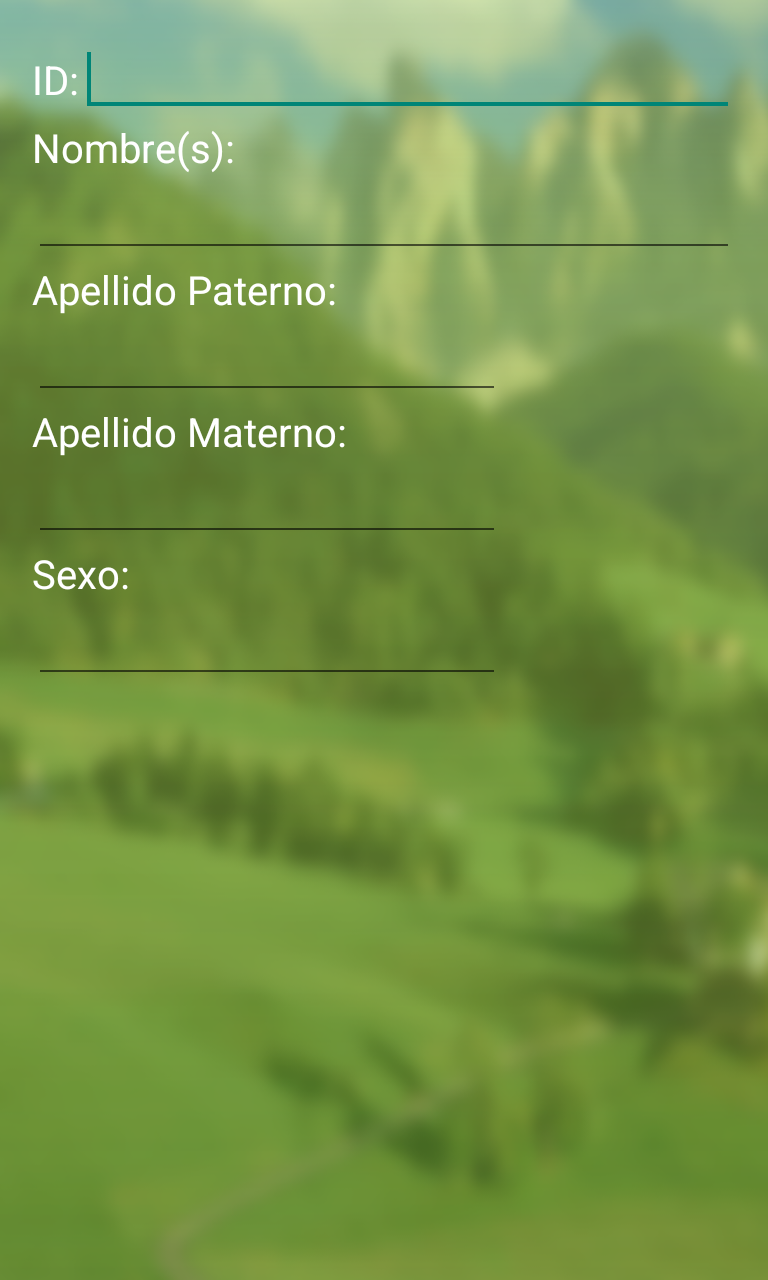
Repository: AntonioloNeviani/ProyectoDeInvestigacion_Android
Layout: FiliiStude/res/layout/activity_nuevo_usuario.xml
The author's editor kept a copy of each file at every save. The layout is drawn from the files as they stood at one save, then again after the next save.
It is drawn on a 768 x 1280 px phone screen (xhdpi) without system bars, with theme AppTheme; the app's code is not run.

Above is the layout before, as saved 2015-05-26 08:22:19.

### FiliiStude/res/layout/activity_nuevo_usuario.xml
<RelativeLayout xmlns:android="http://schemas.android.com/apk/res/android"
    xmlns:tools="http://schemas.android.com/tools"
    android:layout_width="match_parent"
    android:layout_height="match_parent"
    android:background="@drawable/fondo4"
    android:paddingBottom="@dimen/activity_vertical_margin"
    android:paddingLeft="@dimen/activity_horizontal_margin"
    android:paddingRight="@dimen/activity_horizontal_margin"
    android:paddingTop="@dimen/activity_vertical_margin"
    tools:context="com.filii.filiistude.NuevoUsuario" >

    <LinearLayout
        android:layout_width="wrap_content"
        android:layout_height="wrap_content"
        android:layout_alignParentLeft="true"
        android:layout_alignParentRight="true"
        android:orientation="vertical" >

        <LinearLayout
            android:layout_width="match_parent"
            android:layout_height="wrap_content" >

            <TextView
                android:id="@+id/textView2"
                android:layout_width="wrap_content"
                android:layout_height="wrap_content"
                android:text="ID:"
                android:textColor="#FFFFFF"
                android:textSize="20sp" />

            <EditText
                android:id="@+id/editText1"
                android:layout_width="wrap_content"
                android:layout_height="wrap_content"
                android:layout_weight="1"
                android:inputType="number"
                android:textColor="#FFFFFF"
                android:textSize="20sp" >

                <requestFocus />
            </EditText>
        </LinearLayout>

        <TextView
            android:id="@+id/textView1"
            android:layout_width="wrap_content"
            android:layout_height="wrap_content"
            android:text="Nombre(s): "
            android:textColor="#FFFFFF"
            android:textSize="20sp" />

        <EditText
            android:id="@+id/editText2"
            android:layout_width="match_parent"
            android:layout_height="wrap_content"
            android:ems="10"
            android:inputType="textPersonName"
            android:textColor="#FFFFFF"
            android:textSize="20sp" />

        <TextView
            android:id="@+id/textView3"
            android:layout_width="wrap_content"
            android:layout_height="wrap_content"
            android:text="Apellido Paterno: "
            android:textColor="#FFFFFF"
            android:textSize="20sp" />

        <EditText
            android:id="@+id/editText3"
            android:layout_width="wrap_content"
            android:layout_height="wrap_content"
            android:layout_weight="1"
            android:ems="10"
            android:inputType="textPersonName"
            android:textColor="#FFFFFF"
            android:textSize="20sp" />

        <TextView
            android:id="@+id/textView4"
            android:layout_width="wrap_content"
            android:layout_height="wrap_content"
            android:text="Apellido Materno: "
            android:textColor="#FFFFFF"
            android:textSize="20sp" />

        <EditText
            android:id="@+id/editText4"
            android:layout_width="wrap_content"
            android:layout_height="wrap_content"
            android:layout_weight="1"
            android:ems="10"
            android:inputType="date"
            android:textColor="#FFFFFF"
            android:textSize="20sp" />

        <TextView
            android:id="@+id/textView5"
            android:layout_width="wrap_content"
            android:layout_height="wrap_content"
            android:text="Sexo: "
            android:textColor="#FFFFFF"
            android:textSize="20sp" />

        <EditText
            android:id="@+id/editText5"
            android:layout_width="wrap_content"
            android:layout_height="wrap_content"
            android:layout_weight="1"
            android:ems="10"
            android:inputType="textPersonName"
            android:textColor="#FFFFFF"
            android:textSize="20sp" />
    </LinearLayout>

</RelativeLayout>

Loaded but not shown: FiliiStude/res/values/styles.xml (common file); FiliiStude/res/values-v11/styles.xml (common file); FiliiStude/res/values-v14/styles.xml (common file); FiliiStude/res/values/dimens.xml (common file); FiliiStude/res/values-w820dp/dimens.xml (common file)

After the next save:
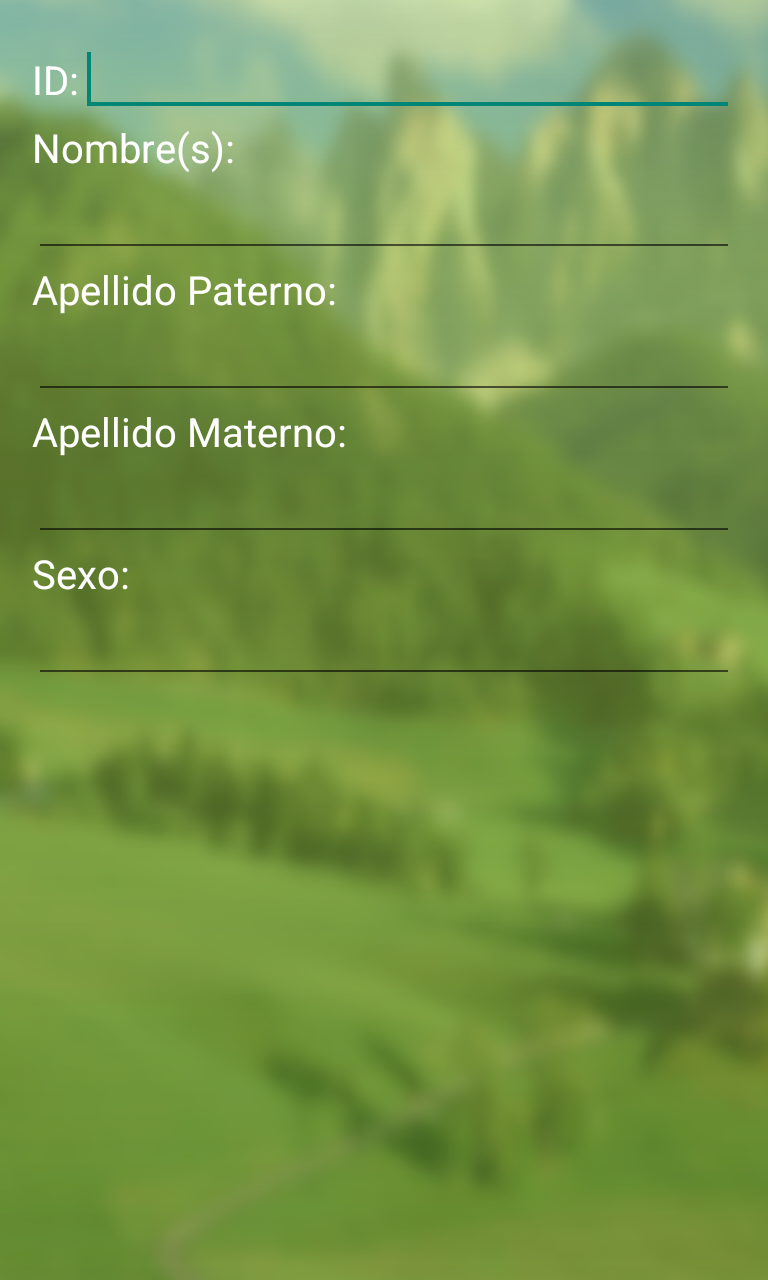
Saved 2 min 33 s later.
--- a/FiliiStude/res/layout/activity_nuevo_usuario.xml
+++ b/FiliiStude/res/layout/activity_nuevo_usuario.xml
@@ -68,9 +68,8 @@
 
         <EditText
             android:id="@+id/editText3"
-            android:layout_width="wrap_content"
+            android:layout_width="match_parent"
             android:layout_height="wrap_content"
-            android:layout_weight="1"
             android:ems="10"
             android:inputType="textPersonName"
             android:textColor="#FFFFFF"
@@ -86,11 +85,10 @@
 
         <EditText
             android:id="@+id/editText4"
-            android:layout_width="wrap_content"
+            android:layout_width="match_parent"
             android:layout_height="wrap_content"
-            android:layout_weight="1"
             android:ems="10"
-            android:inputType="date"
+            android:inputType="textPersonName"
             android:textColor="#FFFFFF"
             android:textSize="20sp" />
 
@@ -104,9 +102,8 @@
 
         <EditText
             android:id="@+id/editText5"
-            android:layout_width="wrap_content"
+            android:layout_width="match_parent"
             android:layout_height="wrap_content"
-            android:layout_weight="1"
             android:ems="10"
             android:inputType="textPersonName"
             android:textColor="#FFFFFF"
